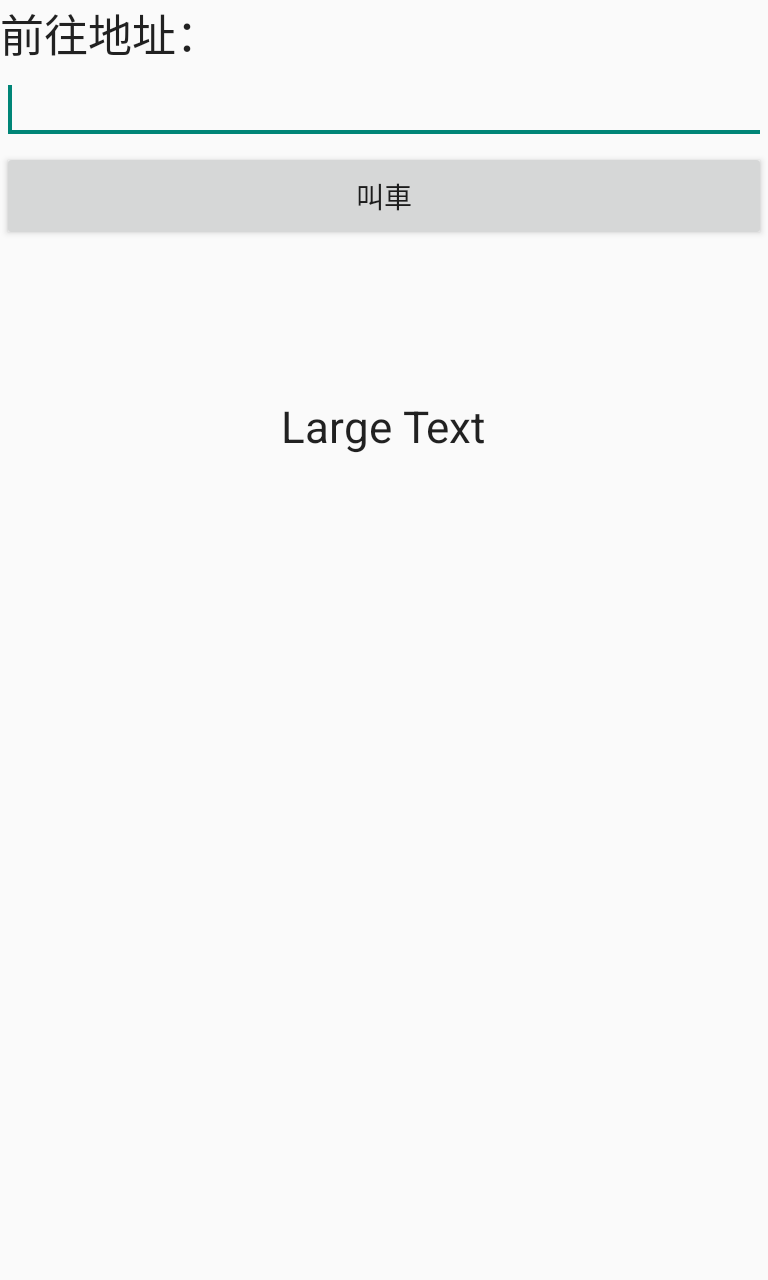
Repository: bclin087/SimpleTaxi
Layout: app/TaxiDemo/res/layout/activity_user.xml
These files come from the project's save history. The layout is drawn as it stood at one moment and after the next save; the edit follows.
It is drawn on a 768 x 1280 px phone screen (xhdpi) without system bars, with theme AppTheme; the app's code is not run.

Above is the layout before, as saved 2015-05-16 19:06:32.

After the next save:
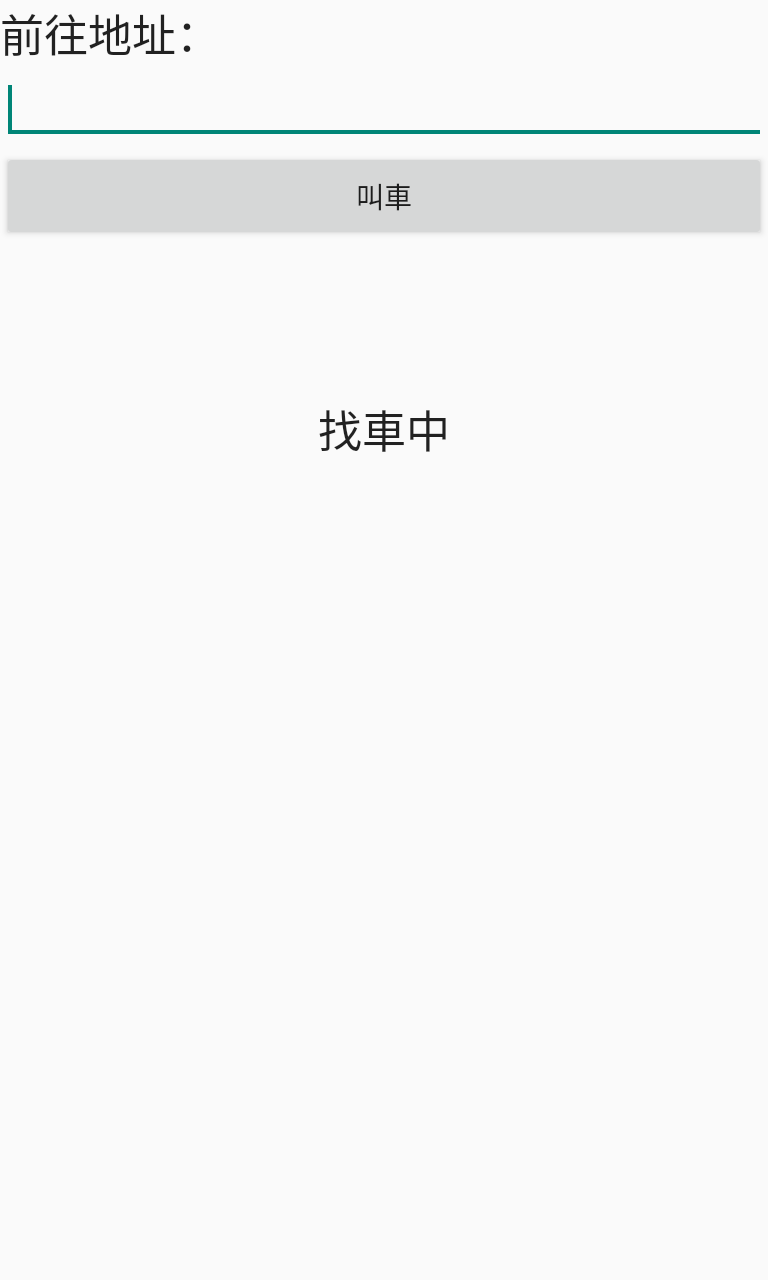
Saved 3 s later.
--- a/app/TaxiDemo/res/layout/activity_user.xml
+++ b/app/TaxiDemo/res/layout/activity_user.xml
@@ -38,8 +38,8 @@
         android:id="@+id/textView2"
         android:layout_width="wrap_content"
         android:layout_height="wrap_content"
-        android:text="Large Text"
         android:layout_gravity="center"
+        android:text="@string/searching"
         android:textAppearance="?android:attr/textAppearanceLarge" />
 
 </LinearLayout>
